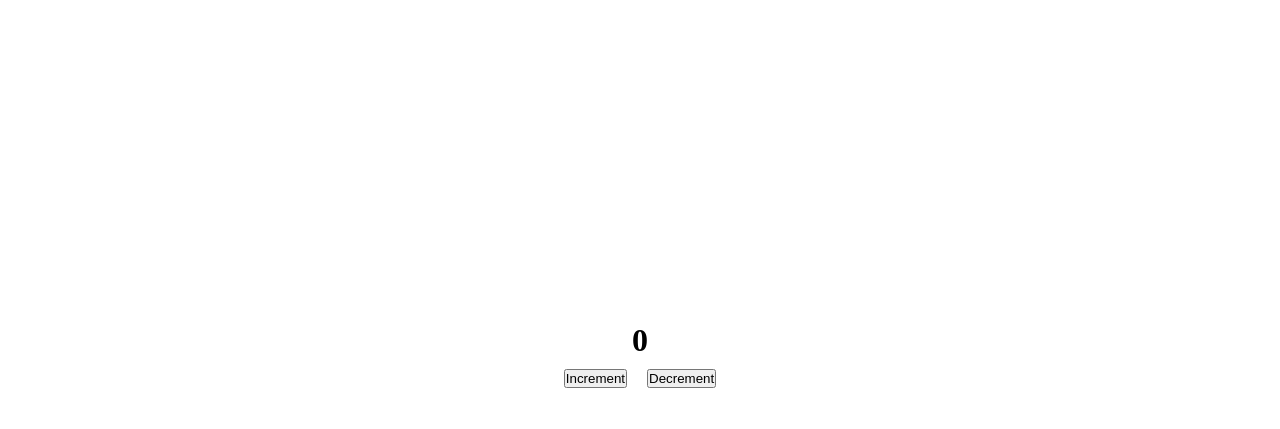
Repository: Ellisvelandia/react_introduction_test
Page: /
An editor plug-in stored every save of this project. The page is shown before and after a run of saves, followed by the edit.
The browser window is 1280 px wide. The pictures show the whole page.
The project was rebuilt for these pictures with package versions that can differ from the ones it lists, and the page was loaded fresh each time. Also part of the build but not shown: src/index.css.

Above is the page before, as saved 2022-08-15 19:42:07.

After the next 3 saves:
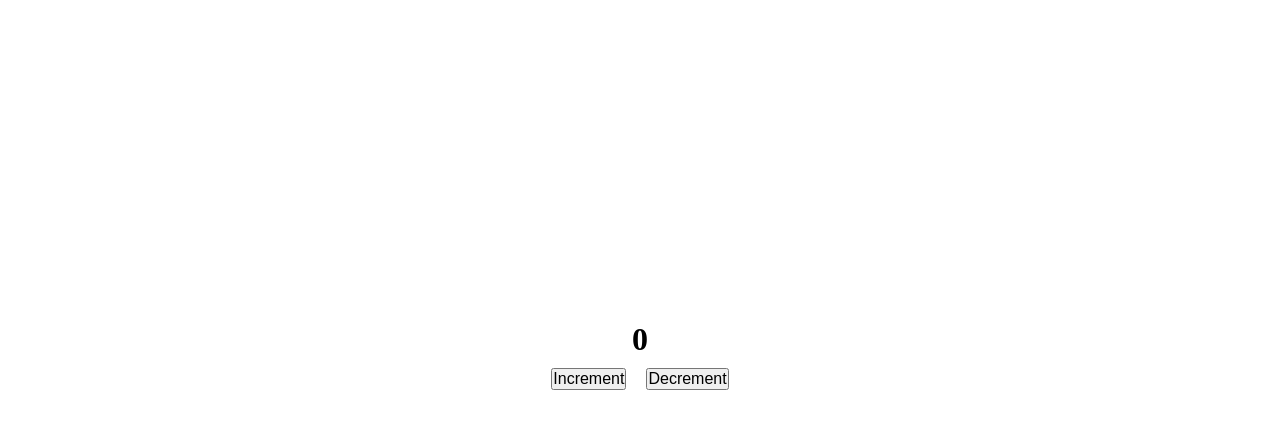
The 3 saves are shown as one change because they came seconds apart.
The last was saved 13 s later.
--- a/src/App.css
+++ b/src/App.css
@@ -15,7 +15,6 @@ body {
 
 .container {
   align-self: center;
-
 }
 
 h1 {
@@ -24,5 +23,6 @@ h1 {
 }
 
 button {
+  font-size: 1rem;
   margin: 10px;
 }
